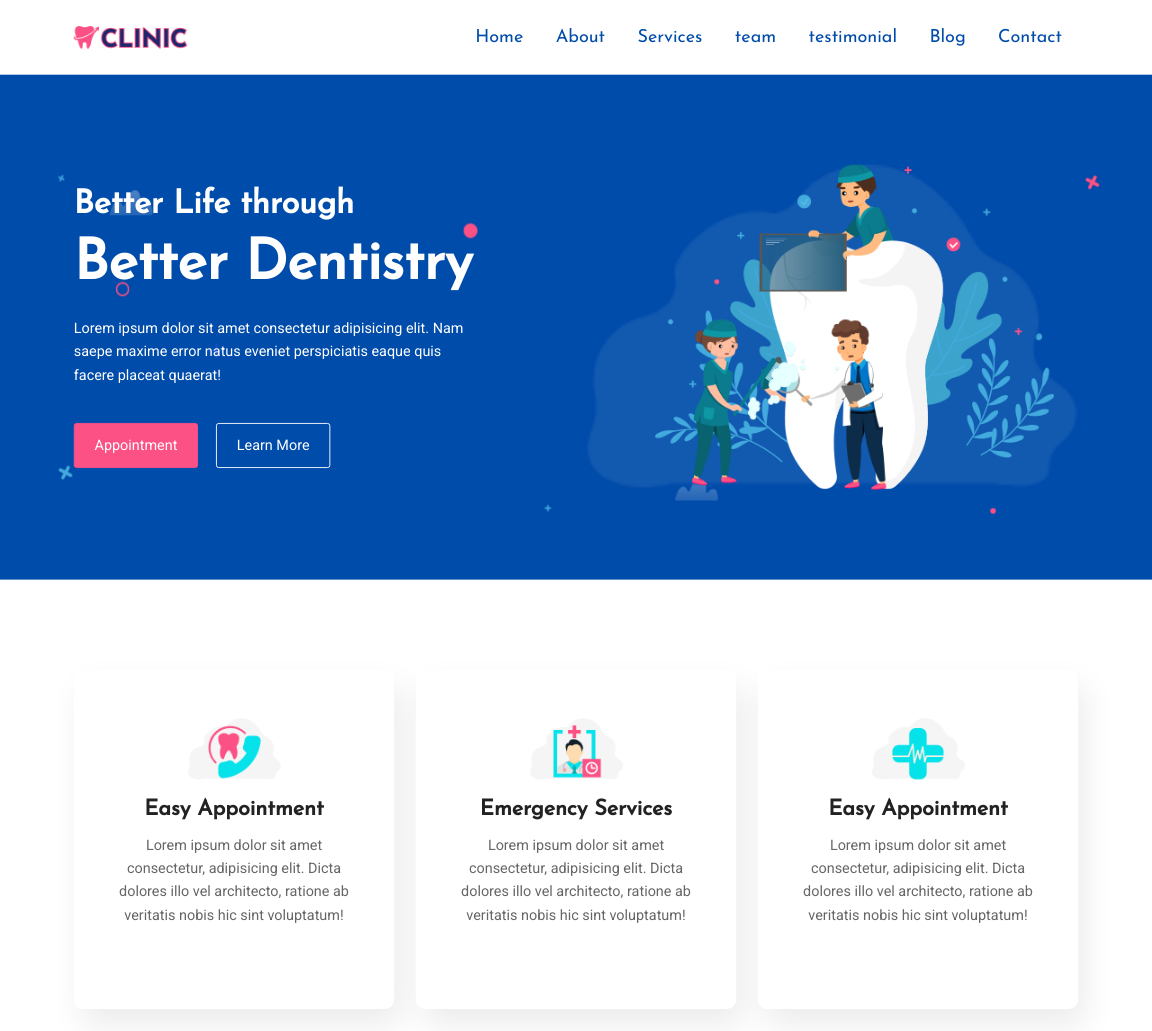
Repository: rsbappy/Project-13
Page: index.html
An editor plug-in stored every save of this project. The page is shown before and after the next save, followed by the edit.
The browser window is 1280 px wide. The pictures show the whole page, at 90% of full size.
Some web libraries are served in a nearby version.

Above is the page before, as saved 2022-08-19 11:38:27.
Console error: TypeError: Cannot read properties of null (reading 'classList')

### index.html
<!doctype html>
<html lang="en">

<head>
    <!-- Required meta tags -->
    <meta charset="utf-8">
    <meta name="viewport" content="width=device-width, initial-scale=1">

    <!-- favicon icon -->

    <link rel="icon" href="/images/favicon.png" type="image/x-icon">

    <!-- Bootstrap CSS -->
    <link href="https://cdn.jsdelivr.net/npm/bootstrap@5.0.2/dist/css/bootstrap.min.css" rel="stylesheet" integrity="sha384-EVSTQN3/azprG1Anm3QDgpJLIm9Nao0Yz1ztcQTwFspd3yD65VohhpuuCOmLASjC" crossorigin="anonymous">

    <!-- font-awesome icon -->
    <link rel="stylesheet" href="https://cdnjs.cloudflare.com/ajax/libs/font-awesome/6.1.2/css/all.min.css">

    <!-- style CSS -->
    <link rel="stylesheet" href="css/style.css">

    <!-- responsive-style CSS -->
    <link rel="stylesheet" href="/css/responsive-style.css">

    <title>Hotel Website</title>
</head>

<body data-bs-spy="scroll" data-bs-target=".navar" data-bs-offset="100">

    <!-- Navbar Section  -->
    <header class="header_wrapper">
        <nav class="navbar navbar-expand-lg ">
            <div class="container">
                <a class="navbar-brand" href="#">
                    <img src="/images/logo.png" class="img-fluid" alt="logo" srcset="">
                </a>
                <button class="navbar-toggler" type="button" data-bs-toggle="collapse" data-bs-target="#navbarNavAltMarkup" aria-controls="navbarNavAltMarkup" aria-expanded="false" aria-label="Toggle navigation">
                <!-- <span class="navbar-toggler-icon"></span> -->
                <i class="fa-solid fa-bars-staggered navbar-toggler-icon"></i>
              </button>
                <div class="collapse navbar-collapse justify-content-end" id="navbarNavAltMarkup">
                    <div class="navbar-nav menu_navbar_menu">
                        <li class="nav-item">
                            <a class="nav-link active" aria-current="page" href="#Home">Home</a>
                        </li>
                        <li class="nav-item">
                            <a class="nav-link" href="#About">About</a>
                        </li>
                        <li class="nav-item">
                            <a class="nav-link" href="#Services">Services</a>
                        </li>
                        <li class="nav-item">
                            <a class="nav-link" href="#team">team</a>
                        </li>
                        <li class="nav-item">
                            <a class="nav-link" href="#testimonial">testimonial</a>
                        </li>
                        <li class="nav-item">
                            <a class="nav-link" href="#Blog">Blog</a>
                        </li>
                        <li class="nav-item mt-3 mt-lg-0">
                            <a class="nav-link" href="#Contact">Contact</a>
                        </li>

                    </div>
                </div>
            </div>
        </nav>
    </header>
    <!-- Navbar Section exit -->

    <!-- Banner Section  -->
    <section id="home" class="home">
        <div class="banner_wrapper wrapper">
            <div class="container">
                <div class="row align-items-lg-center">
                    <div class="col-md-6 order-md-1 order-2">
                        <h3>
                            Better Life through
                        </h3>
                        <h1>
                            Better Dentistry
                        </h1>
                        <p> Lorem ipsum dolor sit amet consectetur adipisicing elit. Nam saepe maxime error natus eveniet perspiciatis eaque quis facere placeat quaerat!</p>
                        <a href="#" class="main-btn mt-4 fill-btn">Appointment </a>
                        <a href="#" class="main-btn mt-4 ms-3">Learn More </a>

                    </div>
                    <div class="col-md-6 order-md-2 order-1 mb-md-0 mb-5">
                        <div class="top-right-sec">
                            <div class="animate-img">
                                <img class="aimg1" src="./images/top-banner-img/woman-brush.png" alt="">
                                <img class="aimg2" src="./images/top-banner-img/doctor.png" alt="">

                            </div>
                            <img class="img-fluid ms-lg-5" src="./images/top-banner-img/top-right-img-1.png" alt="">

                        </div>
                    </div>
                </div>
            </div>
        </div>
        <div class="wrapper pb-0">
            <div class="container">
                <div class="row">
                    <div class="col-md-4 col-sm-4 mb-4">
                        <div class="card text-center">
                            <div class="icon-box">
                                <img src="/images/top-banner-img/Appointment-icon.png" alt="" srcset="">
                            </div>
                            <div>
                                <h4>
                                    Easy Appointment
                                </h4>
                                <p>Lorem ipsum dolor sit amet consectetur, adipisicing elit. Dicta dolores illo vel architecto, ratione ab veritatis nobis hic sint voluptatum!</p>
                            </div>
                        </div>
                    </div>
                    <div class="col-md-4 col-sm-4 mb-4">
                        <div class="card text-center">
                            <div class="icon-box">
                                <img src="/images/top-banner-img/Emergency-icon.png" alt="" srcset="">
                            </div>
                            <div>
                                <h4>
                                    Emergency Services
                                </h4>
                                <p>Lorem ipsum dolor sit amet consectetur, adipisicing elit. Dicta dolores illo vel architecto, ratione ab veritatis nobis hic sint voluptatum!</p>
                            </div>
                        </div>
                    </div>
                    <div class="col-md-4 col-sm-4 mb-4">
                        <div class="card text-center">
                            <div class="icon-box">
                                <img src="/images/top-banner-img/7-Service-icon.png" alt="" srcset="">
                            </div>
                            <div>
                                <h4>
                                    Easy Appointment
                                </h4>
                                <p>Lorem ipsum dolor sit amet consectetur, adipisicing elit. Dicta dolores illo vel architecto, ratione ab veritatis nobis hic sint voluptatum!</p>
                            </div>
                        </div>
                    </div>
                </div>
            </div>
        </div>
    </section>
    <!-- Banner Section exit -->

    <!-- about Section  -->
    <!-- about Section exit -->

    <!-- Services Section  -->
    <!-- Services Section exit -->

    <!-- team Section  -->
    <!-- team Section exit -->


    <!-- Gallery Section  -->
    <!-- Gallery Section exit -->

    <!-- Testimonial Section  -->
    <!-- Testimonial Section exit -->


    <!-- Testimonial Section  -->
    <!-- Testimonial Section exit -->


    <!-- Appointment Section  -->
    <!-- Appointment Section exit -->

    <!-- Blog Section  -->
    <!-- Blog Section exit -->

    <!-- Footer Section  -->
    <!-- Footer Section exit -->










    <!-- Popper js  -->
    <source src="https://cdn.jsdelivr.net/npm/@popperjs/core@2.9.2/dist/umd/popper.min.js" type="">


    <!-- Bootstrap js  -->

    <script src="https://cdn.jsdelivr.net/npm/bootstrap@5.0.2/dist/js/bootstrap.bundle.min.js" integrity="sha384-MrcW6ZMFYlzcLA8Nl+NtUVF0sA7MsXsP1UyJoMp4YLEuNSfAP+JcXn/tWtIaxVXM" crossorigin="anonymous"></script>



</body>

</html>

### css/style.css
/* TABLE OF CONTENTS */


/*------------------
1. General
2. Navbar
3. Banner
4. About
5. Services
6. Team
7. Gallery
8. Testimonial
9. Blog
10.Footer
------------------*/


/* 1 General */

@import url('https://fonts.googleapis.com/css2?family=Josefin+Sans&display=swap');
@import url('https://fonts.googleapis.com/css2?family=Roboto&display=swap');
* {
    box-sizing: border-box;
    margin: 0;
    padding: 0;
}

:root {
    /* background  */
    --primary-color: #004caa;
    --secondary-color: #fc5185;
    --bg-light-blue: #3672bc;
    --bg-dark: #666;
    --bg-white: #fff;
    /* Text Style  */
    --primary-front: 'Roboto', sans-serif;
    --secondary-front: 'Josefin Sans', sans-serif;
    --primary-text: #004caa;
    --secondary-text: #fc5185;
    --text-white: #fff;
    --text-black: #222;
    --text-gray: #666;
    --text-algin: #ddd;
}

body {
    font-family: var(--primary-front);
    background-color: var(--bg-white);
}

a {
    text-decoration: none;
}

::-webkit-scrollbar {
    width: .375rem;
}

::-webkit-scrollbar-track {
    background: var(--bg-light-blue);
}

::-webkit-scrollbar-thumb {
    background: var(--secondary-color);
}

.wrapper {
    padding: 6.25rem 0;
}

.main-btn {
    display: inline-block;
    border: 0.0725rem solid var(--bg-white);
    color: var(--text-white);
    text-align: center;
    padding: .75rem 1.375rem;
    font-size: 1rem;
    background: transparent;
    text-transform: capitalize;
    border-radius: .1875rem;
    transition: all .3s ease-in-out;
}

.main-btn:hover {
    background-color: var(--secondary-color);
    border-color: var(--secondary-color);
    color: var(--text-white);
}

.fill-btn {
    background-color: var(--secondary-color);
    border-color: var(--secondary-color);
    color: var(--text-white);
}

.fill-btn:hover {
    background-color: var(--bg-white);
    border-color: var(--bg-white);
    color: var(--text-black);
}

h1 {
    font-size: 3.875rem;
    margin-bottom: 1.2rem;
    font-weight: 600;
    color: var(--text-white);
    font-family: var(--secondary-front);
}

h2 {
    font-size: 2.875rem;
    font-weight: 600;
    color: var(--text-white);
    font-family: var(--secondary-front);
}

h3 {
    font-size: 2.25rem;
    font-weight: 600;
    color: var(--text-white);
    font-family: var(--secondary-front);
}

h4 {
    font-size: 1.5rem;
    font-weight: 600;
    line-height: 2.25rem;
    margin-top: 1rem;
    color: var(--text-black);
    font-family: var(--secondary-front);
}

h5 {
    font-size: 1.5rem;
    font-weight: 500;
    line-height: 1.2rem;
    color: var(--primary-text);
    margin-bottom: .9375rem;
    font-family: var(--secondary-front);
}

h5 {
    font-size: .875rem;
    font-weight: 300;
    color: var(--text-black);
    text-transform: uppercase;
    font-family: var(--secondary-front);
}

p {
    font-size: 1rem;
    line-height: 1.625rem;
    color: var(--text-gray);
}

.card {
    border-radius: .625rem;
    background-color: var(--text-white);
    box-shadow: .5084rem 1.1419rem 2.2rem 0 rgb(0 0 0/8%);
    padding: 3.375rem 3.125rem 4.6875rem;
    transition: all .4s;
    border: 0;
}

@keyframes movebounce {
    0% {
        --webkit-transform: translateY(0);
        transform: translateY(0);
    }
    50% {
        --webkit-transform: translateY(1.25rem);
        transform: translateY(1.25rem);
    }
    100% {
        --webkit-transform: translateY(0);
        transform: translateY(0);
    }
}


/*2 Navbar */

.header_wrapper .navbar {
    padding: .9375rem;
    background-color: transparent;
    transition: 0.3s ease-in-out;
}

.header_wrapper .navbar-toggler {
    border: 0;
    box-shadow: none;
    color: var(--text-black);
    line-height: 2;
}

.header_wrapper .nav-item {
    margin: 0 .625rem;
}

.header_wrapper .nav-item .nav-link {
    font-size: 1.25rem;
    font-weight: 400;
    color: var(--primary-text);
    display: inline-block;
    font-family: var(--secondary-front);
}

.header_wrapper .nav-item .nav-link:hover,
.header_wrapper .nav-item .nav-link:focus,
.header_wrapper .nav-item .nav-link .active {
    color: var(--secondary-text);
}

.navbar.header-scrolled {
    position: fixed;
    top: 0;
    left: 0;
    width: 100%;
    z-index: 999;
    background-color: var(--bg-white);
    box-shadow: .5084rem 1.1419rem 2.5rem 0 rgb(0 0 0/8%);
    transition: 0.3s ease-in-out;
}


/*3 banner */

.banner_wrapper {
    background-image: url('/images/top-banner-img/Top-banner.jpg');
    background-position: center center;
    background-repeat: no-repeat;
    background-size: cover;
}

.banner_wrapper p {
    max-width: 80%;
    color: var(--text-white);
}

.banner_wrapper .top-right-sec {
    position: relative;
    background-image: url('/images/top-banner-img/top-right-bg.png');
    background-position: bottom;
    background-repeat: no-repeat;
    background-size: contain;
    display: flex;
    align-items: flex-end;
    justify-content: center;
}

.banner_wrapper .animate-img {
    position: absolute;
    bottom: 0;
    left: 50%;
    -webkit-transform: translate(-50%);
    transform: translate(-50%);
    z-index: 22;
}

.banner_wrapper .animate-img .aimg1 {
    left: -5.687rem;
    position: absolute;
    -webkit-animation-name: movebounce;
    ;
    animation-name: movebounce;
    -webkit-animation-delay: 100ms;
    animation-delay: 100ms;
    -webkit-animation-iteration-count: infinite;
    animation-iteration-count: infinite;
    -webkit-animation-timing-function: ease-in-out;
    animation-timing-function: ease-in-out;
    -webkit-animation-direction: 2s;
    animation-direction: 2s;
}

### css/responsive-style.css
@media (max-width: 1199.5px) {
    /* custom  css */
    .card{
        padding: 2.5rem 1.875rem;

    }



    /* header */
    /* top banner */
    /* about */
    /* services*/
}


@media (max-width: 991px) {
    /* custom  css */
    .wrapper{
        padding: 3.125rem 0;
    }
    .main-btn{
        font-size: .875rem;
    }
    h1{
        font-size: 2.8125rem;
        margin-bottom: .625rem;
    }
    h2{
        font-size: 1.875rem;
    }
    h3{
        font-size: 1.5625rem;
    }
    h4{
        font-size: 1.25rem;
    }
    h5{
        font-size: 1.125rem;
    }

    p{
        font-size: .875rem;
        line-height: 1.35rem;

    }
    .card{
        padding: 1.875rem 1rem;
    }
    /* header */
    /* top banner */
    /* about */
    /* services*/
}

@media (max-width: 767px) {
    /* custom  css */
    .main-btn{
        font-size: .875rem;
    }
    h1{
        font-size: 2.5rem;
        margin-bottom: 2.5rem;
    }

    h5{
        font-size: 1.25rem;
    }



    /* header */
    /* top banner */
    /* about */
    /* services*/
}

@media (max-width: 360px) {
    /* custom  css */
    .card{
        padding: 2.5rem 1.875rem;

    }



    /* header */
    /* top banner */
    /* about */
    /* services*/
}

After the next save:
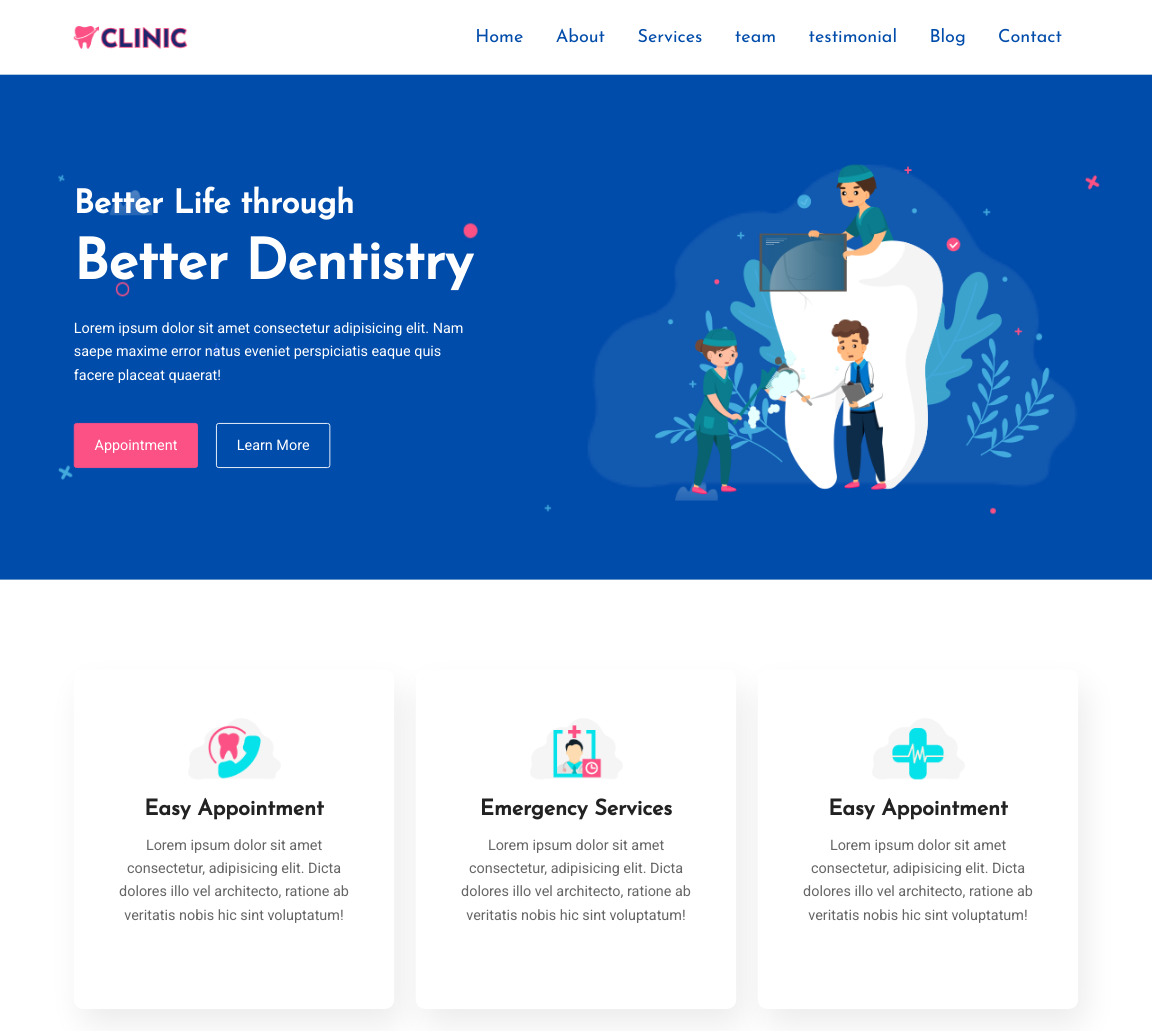
Saved 24 s later.
--- a/css/style.css
+++ b/css/style.css
@@ -270,5 +270,6 @@ p {
     -webkit-animation-timing-function: ease-in-out;
     animation-timing-function: ease-in-out;
     -webkit-animation-direction: 2s;
-    animation-direction: 2s;
-}
+    animation-duration: 2s;
+    animation-direction: ;
+}
